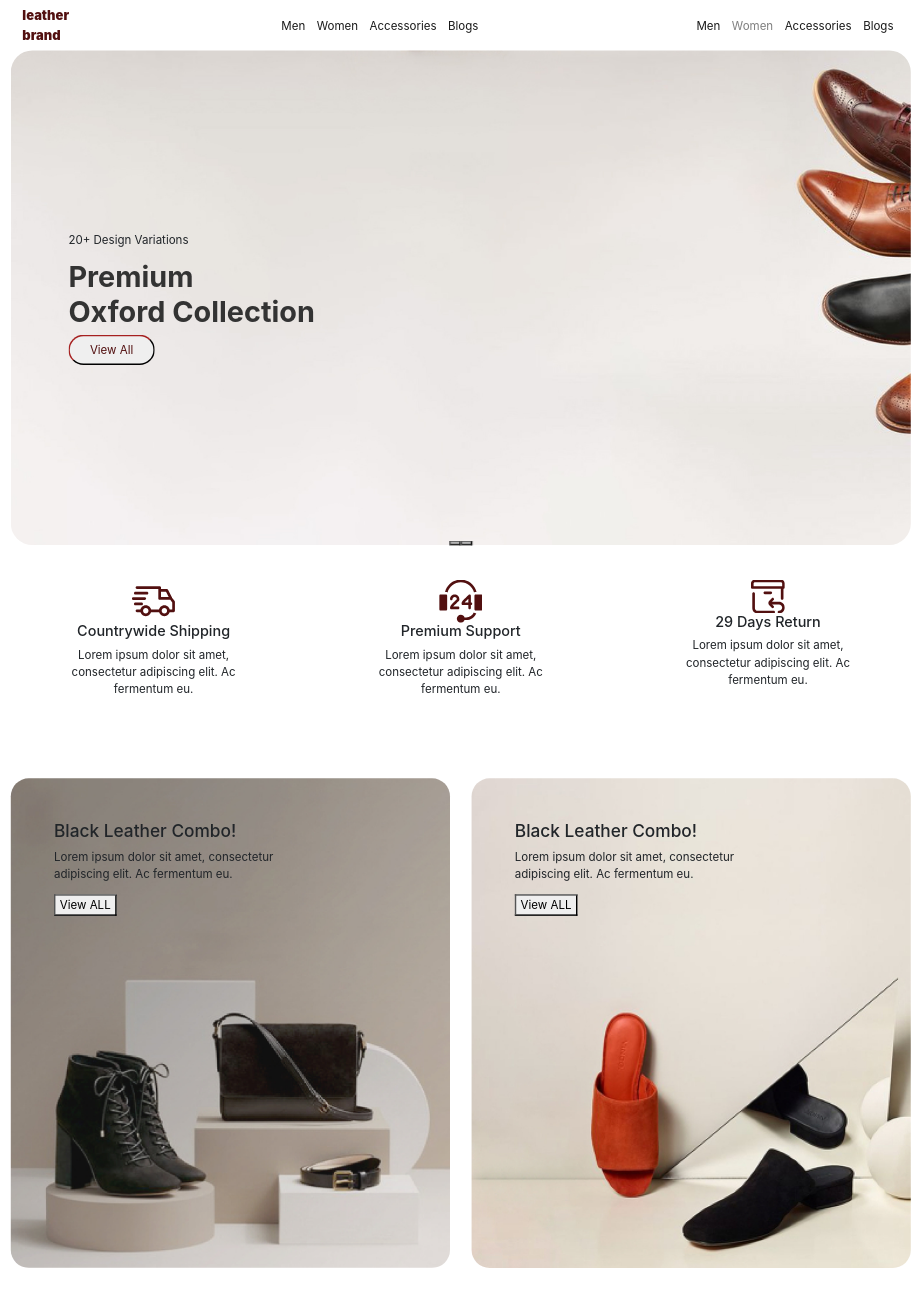
Repository: arif286/fashion-house
Page: /
An editor plug-in stored every save of this project. The page is shown before and after the next save, followed by the edit.
The browser window is 1280 px wide. The pictures show the whole page, at 72% of full size.
The project was rebuilt for these pictures with package versions that can differ from the ones it lists, and the page was loaded fresh each time. The framework's server and built-in components were replaced by stand-ins that run in the browser. Also part of the build but not shown: nuxt.config.js, components/Contact.vue, components/DisplayCollection.vue, components/Footer.vue, components/NuxtLogo.vue, components/Products.vue, components/Tutorial.vue.

Above is the page before, as saved 2021-07-12 05:23:09.

### components/Nav.vue
<template>
  <nav class="navbar container navbar-expand-lg navbar-light">
    <div class="container-fluid">
      <div class="nav-title">
        <span>leather</span>
        <br />
        <span>brand</span>
      </div>
      <button
        class="navbar-toggler"
        type="button"
        data-bs-toggle="collapse"
        data-bs-target="#navbarSupportedContent"
        aria-controls="navbarSupportedContent"
        aria-expanded="false"
        aria-label="Toggle navigation"
      >
        <span class="navbar-toggler-icon"></span>
      </button>
      <div id="navbarSupportedContent" class="collapse navbar-collapse">
        <div class="d-flex justify-content-center w-100">
          <ul class="navbar-nav mb-2 mb-lg-0">
            <li class="nav-item">
              <a class="nav-link active" aria-current="page" href="#">Men</a>
            </li>
            <li class="nav-item">
              <a class="nav-link active" href="#">Women</a>
            </li>
            <li class="nav-item">
              <a class="nav-link active" href="#"> Accessories </a>
            </li>
            <li class="nav-item">
              <a class="nav-link active" href="#">Blogs</a>
            </li>
          </ul>
        </div>
        <div class="ml-auto">
          <ul class="navbar-nav mb-2 mb-lg-0">
            <li class="nav-item">
              <a class="nav-link active" aria-current="page" href="#">Men</a>
            </li>
            <li class="nav-item">
              <a class="nav-link" href="#">Women</a>
            </li>
            <li class="nav-item">
              <a class="nav-link active" href="#"> Accessories </a>
            </li>
            <li class="nav-item">
              <a class="nav-link active" href="#">Blogs</a>
            </li>
          </ul>
        </div>
      </div>
    </div>
  </nav>
</template>

<script></script>
<style scoped>
.nav-title {
  color: #521010;
  font-weight: 900;
  font-size: 18px;
}
.nav-title:hover {
  color: #521010;
  font-weight: bold;
}
.nav-item a {
  color: #000;
}
</style>

### components/NewCollection.vue
<template>
  <div class="container">
    <div class="row">
      <div
        v-for="item in collections"
        :key="item.id"
        class="col-md-6 col-12 mb-5"
      >
        <div class="card-content" :class="item.class">
          <div class="card-body">
            <h4>{{ item.title }}</h4>
            <p>{{ item.text }}</p>
            <button>View ALL</button>
          </div>
        </div>
      </div>
    </div>
  </div>
</template>
<script>
export default {
  props: {
    collections: {
      type: Array,
      required: true,
    },
  },
}
</script>
<style>
.newArrival {
  background-image: url('@/assets/Images/newarrivals1.png');
}
.promo {
  background-image: url('@/assets/Images/promo.png');
}
.card-content {
  background-repeat: no-repeat;
  background-size: cover;
  height: 680px;
  border-radius: 25px;
}
.card-body {
  padding: 60px;
  width: 500px;
}
</style>

### components/Service.vue
<template>
  <div class="container mb-5">
    <div class="row">
      <div
        v-for="service in services"
        :key="service.id"
        class="col-md-4 col-12 mb-5"
      >
        <div class="d-flex justify-content-center">
          <div class="service-box text-center">
            <img :src="require(`@/assets/Images/${service.image}`)" alt="" />
            <h5>{{ service.title }}</h5>
            <p>{{ service.text }}</p>
          </div>
        </div>
      </div>
    </div>
  </div>
</template>

<script>
export default {
  props: {
    services: { type: Array, required: true },
  },
}
</script>
<style>
.service-box {
  width: 250px;
}
</style>

### components/Slider.vue
<template>
  <div class="container mb-5">
    <div
      id="carouselExampleIndicators"
      class="carousel slide"
      data-bs-ride="carousel"
    >
      <div class="carousel-indicators">
        <button
          type="button"
          data-bs-target="#carouselExampleIndicators"
          data-bs-slide-to="0"
          class="active"
          aria-current="true"
          aria-label="Slide 1"
        ></button>
        <button
          type="button"
          data-bs-target="#carouselExampleIndicators"
          data-bs-slide-to="1"
          aria-label="Slide 2"
        ></button>
      </div>
      <div class="carousel-inner">
        <div class="carousel-item active d-flex align-items-center">
          <div class="slider-content">
            <p>20+ Design Variations</p>
            <h1>
              Premium
              <br />
              Oxford Collection
            </h1>
            <button>View All</button>
          </div>
        </div>
        <div class="carousel-item">
          <div class="slider-content">
            <p>20+ Design Variations</p>
            <h1>
              Premium
              <br />
              Oxford Collection
            </h1>
            <button>View All</button>
          </div>
        </div>
      </div>
    </div>
  </div>
</template>

<script></script>
<style>
.carousel-item {
  background-image: url('@/assets/Images/hero1.png');
  background-repeat: no-repeat;
  width: 100%;
  background-size: cover;
  height: 687px;
  border-radius: 30px;
}
.slider-content {
  margin-left: 80px;
}
.slider-content h1 {
  color: #333333;
  font-weight: 700;
}
.slider-content button {
  border-radius: 30px;
  width: 120px;
  padding: 7px 15px;
  border-color: #521010;
  color: #521010;
}
</style>

### pages/index.vue
<template>
  <div>
    <Nav />
    <Slider />
    <Service :services="serviceData" />
    <NewCollection :collections="collections" />
  </div>
</template>

<script>
import { serviceData, newCollectionData } from '@/assets/data.js'
export default {
  data() {
    return {
      serviceData,
      collections: newCollectionData,
    }
  },
}
</script>
<style>
@import url('https://fonts.googleapis.com/css2?family=Roboto:ital,wght@0,100;0,300;0,400;0,500;0,700;0,900;1,100;1,300;1,400;1,500;1,700;1,900&display=swap');

.body {
  font-family: 'Roboto', sans-serif;
}
.container {
  max-width: 1780px;
}
</style>

### assets/data.js
export const serviceData = [
  {
    id: 1,
    image: 'delivery.svg',
    title: 'Countrywide Shipping',
    text: 'Lorem ipsum dolor sit amet, consectetur adipiscing elit. Ac fermentum eu.',
  },
  {
    id: 2,
    image: 'call-center.svg',
    title: 'Premium Support',
    text: 'Lorem ipsum dolor sit amet, consectetur adipiscing elit. Ac fermentum eu.',
  },
  {
    id: 3,
    image: 'return.svg',
    title: '29 Days Return',
    text: 'Lorem ipsum dolor sit amet, consectetur adipiscing elit. Ac fermentum eu.'
  }
]

export const newCollectionData = [
  {
    id: 2,
    class: 'newArrival',
    title: 'Black Leather Combo!',
    text: 'Lorem ipsum dolor sit amet, consectetur adipiscing elit. Ac fermentum eu.',
  },
  {
    id: 3,
    class: 'promo',
    title: 'Black Leather Combo!',
    text: 'Lorem ipsum dolor sit amet, consectetur adipiscing elit. Ac fermentum eu.',
  }
]

After the next save:
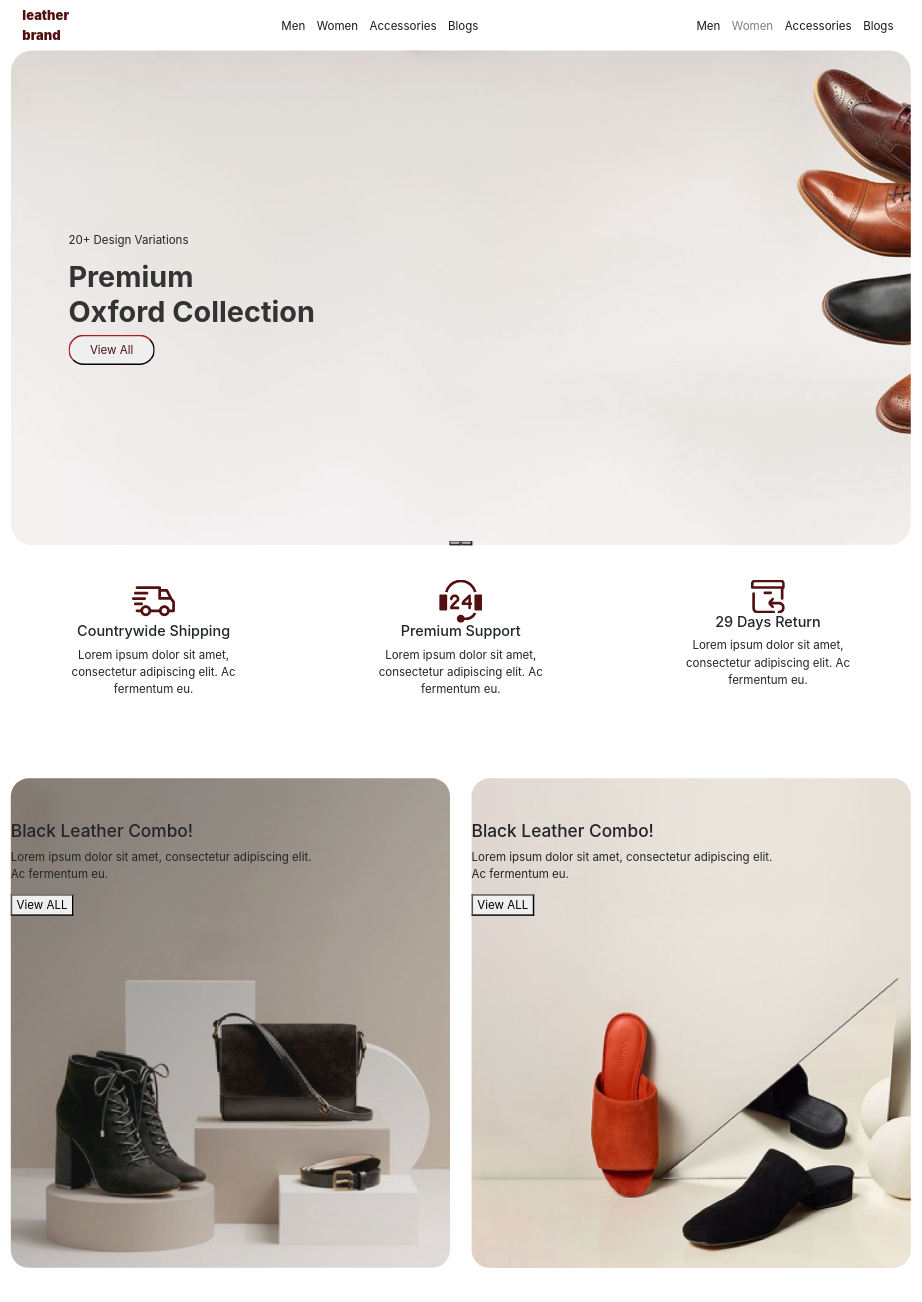
Saved 93 s later.
--- a/components/NewCollection.vue
+++ b/components/NewCollection.vue
@@ -41,7 +41,7 @@ export default {
   border-radius: 25px;
 }
 .card-body {
-  padding: 60px;
+  padding: 60px 60px 0px 0px;
   width: 500px;
 }
 </style>
